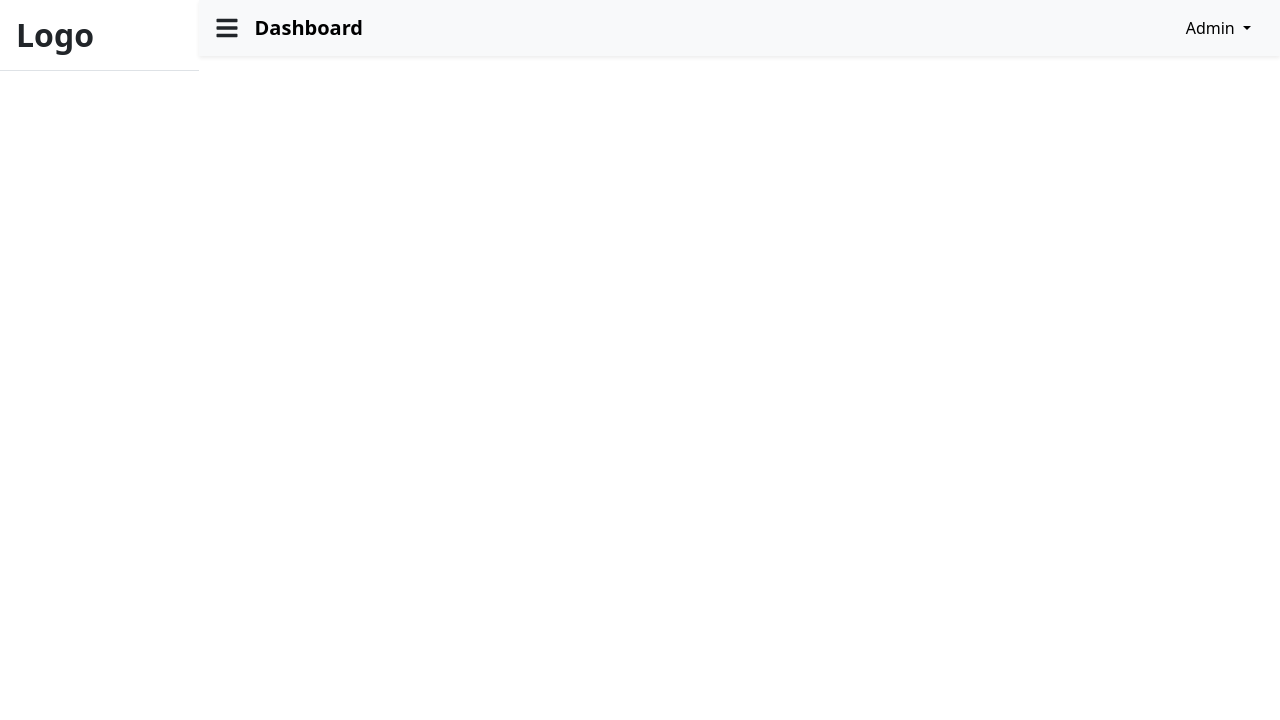
Repository: ArunGOW/ServiceNow_QA-audit
Page: /dashboard
An editor plug-in stored every save of this project. The page is shown before and after the next save, followed by the edit.
The browser window is 1280 px wide. The pictures show the whole page.
The project was rebuilt for these pictures with package versions that can differ from the ones it lists, and the page was loaded fresh each time. Also part of the build but not shown: vite.config.js, src/components/Login.jsx, src/components/layout/Topbar.css, src/components/tables/PendingQATable.jsx, src/components/CustomButton.jsx, src/components/PaginationControls.jsx, src/pages/PendingQAPage.jsx, src/components/tables/ProcessedQATable.jsx and 3 more.

Above is the page before, as saved 2025-09-09 16:50:15.

After the next save:
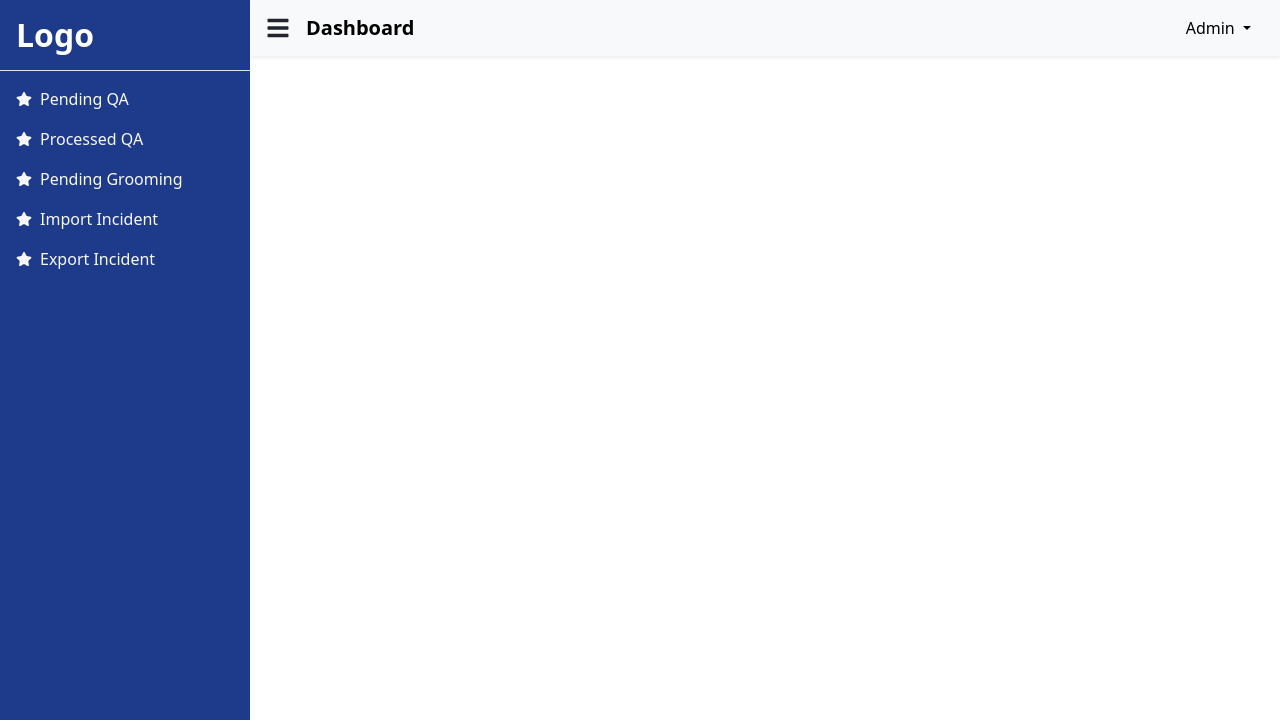
Saved 39 s later.
--- a/src/components/layout/sidebar.jsx
+++ b/src/components/layout/sidebar.jsx
@@ -1,4 +1,4 @@
- // src/components/layout/Sidebar.jsx
+// src/components/layout/Sidebar.jsx
 import { Nav } from "react-bootstrap";
 import { FaStar } from "react-icons/fa";
 import { Link, useLocation } from "react-router-dom";
@@ -15,7 +15,7 @@
   ];
 
   return (
-    <div>
+    <div style={{ width: "250px", background: "#1e3a8a", color: "white", minHeight: "100vh" }}>
       <h2 className="p-3 fw-bold border-bottom">Logo</h2>
       <Nav className="flex-column">
         {menuItems.map((item) => (
@@ -23,9 +23,7 @@
             <Link
               to={item.path}
               className={`d-flex align-items-center px-3 py-2 text-decoration-none ${
-                location.pathname === item.path
-                  ? "bg-light text-dark rounded"
-                  : "text-white"
+                location.pathname === item.path ? "bg-primary text-white rounded" : "text-light"
               }`}
             >
               <FaStar className="me-2" />
